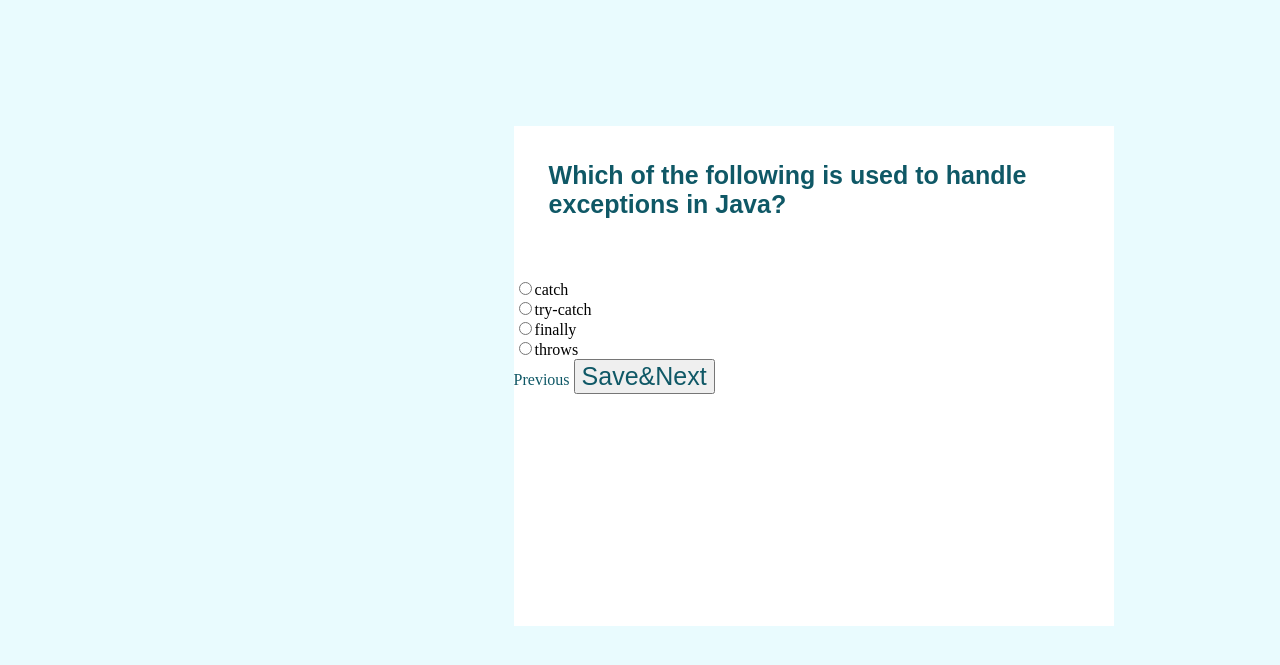
Repository: Rupali-8062Chourasiya5279/Internship_Task_Rupali
Page: Programming Language/quiz/QuizApp/src/main/webapp/First.html
The author's editor kept a copy of each file at every save. The page is drawn from the files as they stood at one save, then again after the next save.
The browser window is 1280 px wide. The pictures show the whole page.

Above is the page before, as saved 2025-01-24 13:38:01.

After the next save:
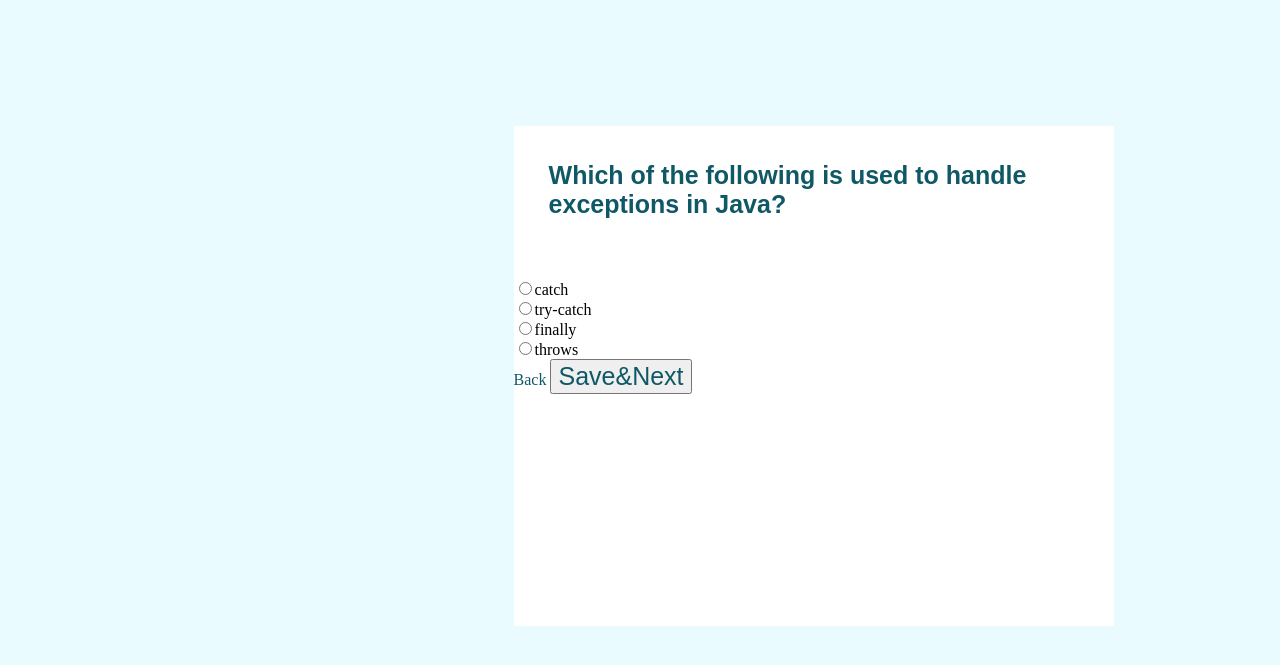
Saved 16 s later.
--- a/Programming Language/quiz/QuizApp/src/main/webapp/First.html
+++ b/Programming Language/quiz/QuizApp/src/main/webapp/First.html
@@ -49,7 +49,7 @@ margin-top: 10%;
 	<input type="radio" name="q1" value="try-catch">try-catch</input><br>
 	<input type="radio" name="q1" value="finally">finally</input><br>
 	<input type="radio" name="q1" value="throws">throws</input><br>
-	<a href="rules.html">Previous</a>
+	<a href="rules.html">Back</a>
 	<input type="submit" value="Save&Next">
 	</div>
 	</form>
